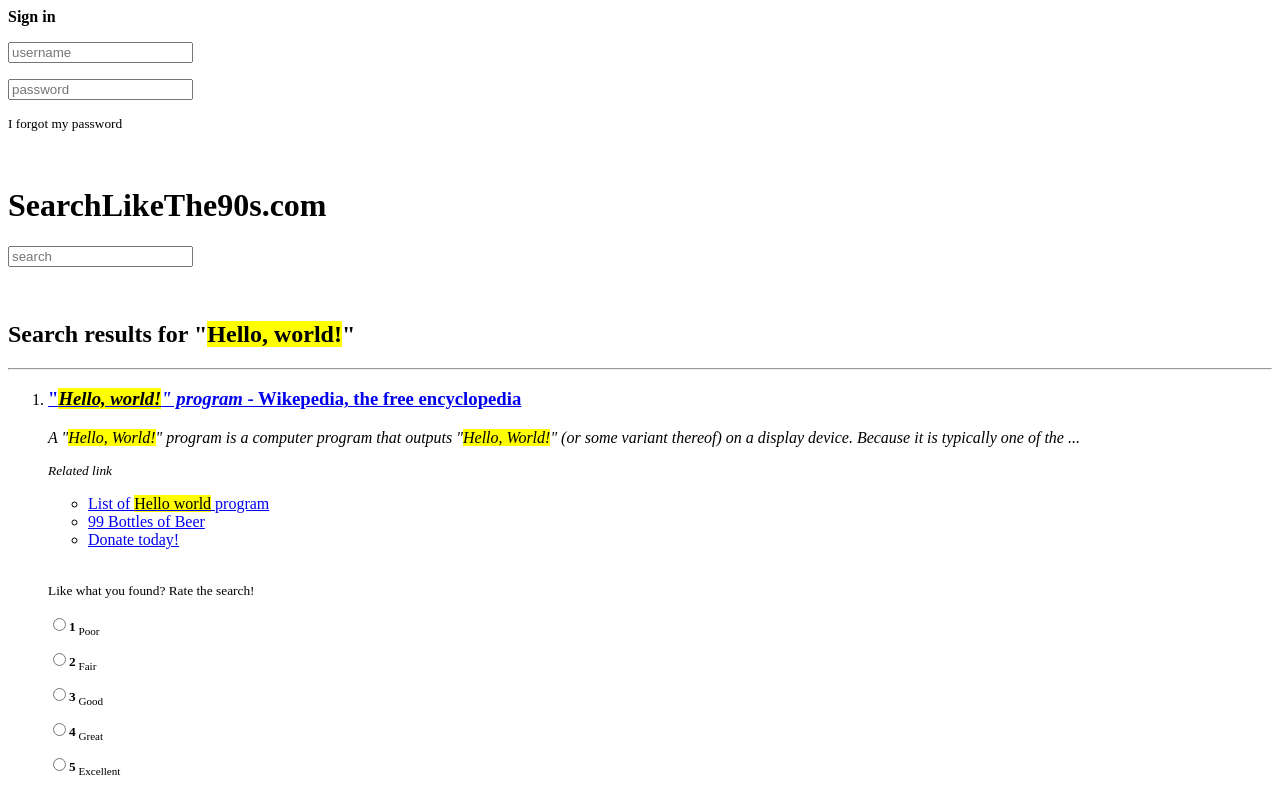
Repository: simonekurtz/simonekurtz.github.io
Page: 1ASGN_HelloWorld/HelloWorld.html
The author's editor kept a record of every edit. The page is drawn from the files as they stood at one moment, then again after the next edit.
The browser window is 1280 px wide. The pictures show the whole page.

Above is the page before.

### 1ASGN_HelloWorld/HelloWorld.html
<html>
    <head>
       <title>Hello, world!</title>
    </head>
    <body>
        <p><strong>Sign in</strong></p>
        <p><input type= "text" placeholder="username"></p>
        <p><input type= "text" placeholder="password"></p>
            <a href="1ASGN_HelloWorld/RelativeLink.html"></a><small>I forgot my password</small></p>

        <br>

        <h1>SearchLikeThe90s.com</h1>
            <p><input type= "text" placeholder="search"></p>

        <br>

        <h2>Search results for "<mark>Hello, world!</mark>"</h2>

        <hr>

        <ol>
          <li>
              <h3><a href="http://en.wikipedia.org/wiki/%22Hello,_world!%22_program">"<em><mark>Hello, world!</mark>" program</em> - Wikepedia, the free encyclopedia</a></h3>
              <p><em>A "<mark>Hello, World!</mark>" program is a computer program that outputs "<mark>Hello, World!</mark>" (or some variant thereof) on a display device. Because it is typically one of the ...</em></p>
              <p><em><small>Related link</small></em></p>
              <ul>
                  <li><a href="http://en.wikipedia.org/wiki/List_of_Hello_world_program_examples">List of <mark>Hello world</mark> program</a></li>
                  <li><a href="http://en.wikipedia.org/wiki/99_Bottles_of_Beer">99 Bottles of Beer</a></li>
                  <li><a href="https://donate.wikimedia.org/w/index.php?title=Special:FundraiserLandingPage&country=US&uselang=en&utm_medium=sidebar&utm_source=donate&utm_campaign=C13_wikimediafoundation.org">Donate today!</a></li>
              </ul>

              <br>

              <p><small>Like what you found? Rate the search!</search></p>
              <p><input type= "radio"><strong>1</strong><sub> Poor</sub></p>
              <p><input type= "radio"><strong>2</strong><sub> Fair</sub></p>
              <p><input type= "radio"><strong>3</strong><sub> Good</sub></p>
              <p><input type= "radio"><strong>4</strong><sub> Great</sub></p>
              <p><input type= "radio"><strong>5</strong><sub> Excellent</sub></p>
          </li>







        </ol>
    </body>
</html>

After the next edit:
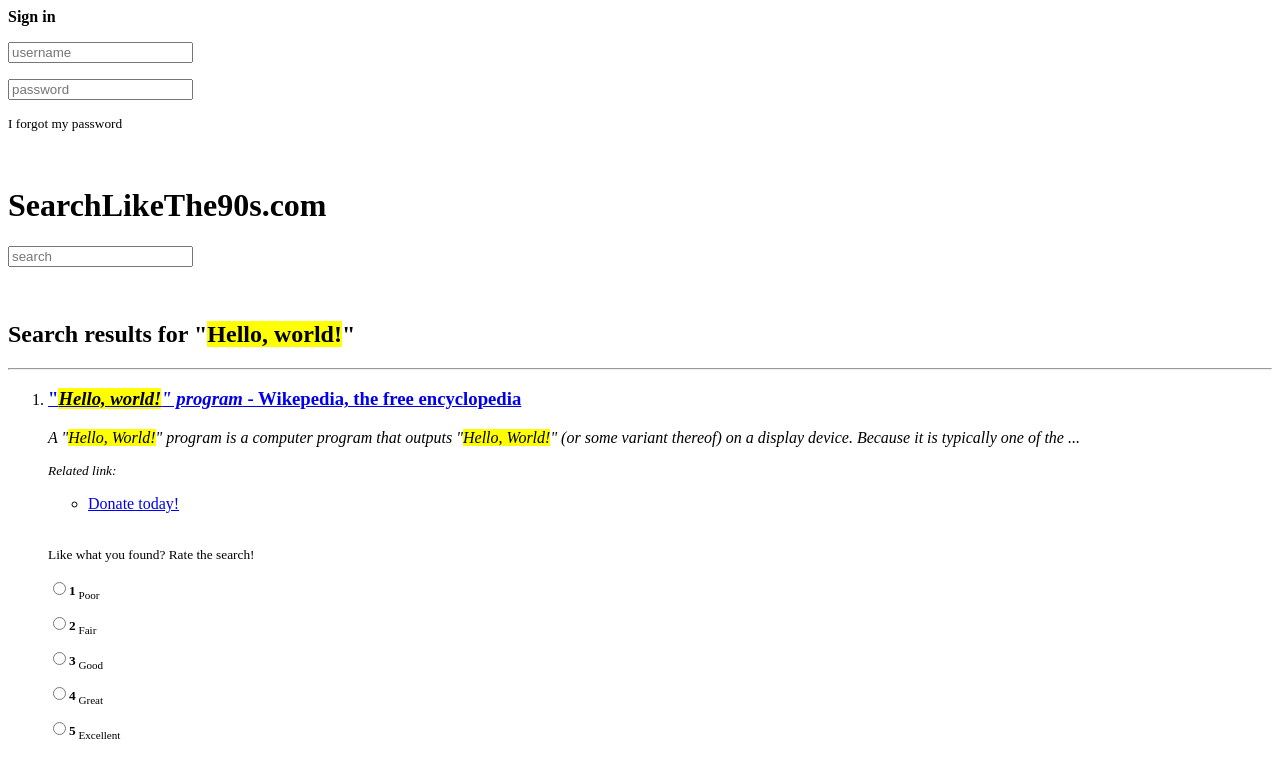
The edit:
--- a/1ASGN_HelloWorld/HelloWorld.html
+++ b/1ASGN_HelloWorld/HelloWorld.html
@@ -23,10 +23,8 @@
           <li>
               <h3><a href="http://en.wikipedia.org/wiki/%22Hello,_world!%22_program">"<em><mark>Hello, world!</mark>" program</em> - Wikepedia, the free encyclopedia</a></h3>
               <p><em>A "<mark>Hello, World!</mark>" program is a computer program that outputs "<mark>Hello, World!</mark>" (or some variant thereof) on a display device. Because it is typically one of the ...</em></p>
-              <p><em><small>Related link</small></em></p>
+              <p><em><small>Related link:</small></em></p>
               <ul>
-                  <li><a href="http://en.wikipedia.org/wiki/List_of_Hello_world_program_examples">List of <mark>Hello world</mark> program</a></li>
-                  <li><a href="http://en.wikipedia.org/wiki/99_Bottles_of_Beer">99 Bottles of Beer</a></li>
                   <li><a href="https://donate.wikimedia.org/w/index.php?title=Special:FundraiserLandingPage&country=US&uselang=en&utm_medium=sidebar&utm_source=donate&utm_campaign=C13_wikimediafoundation.org">Donate today!</a></li>
               </ul>
 
